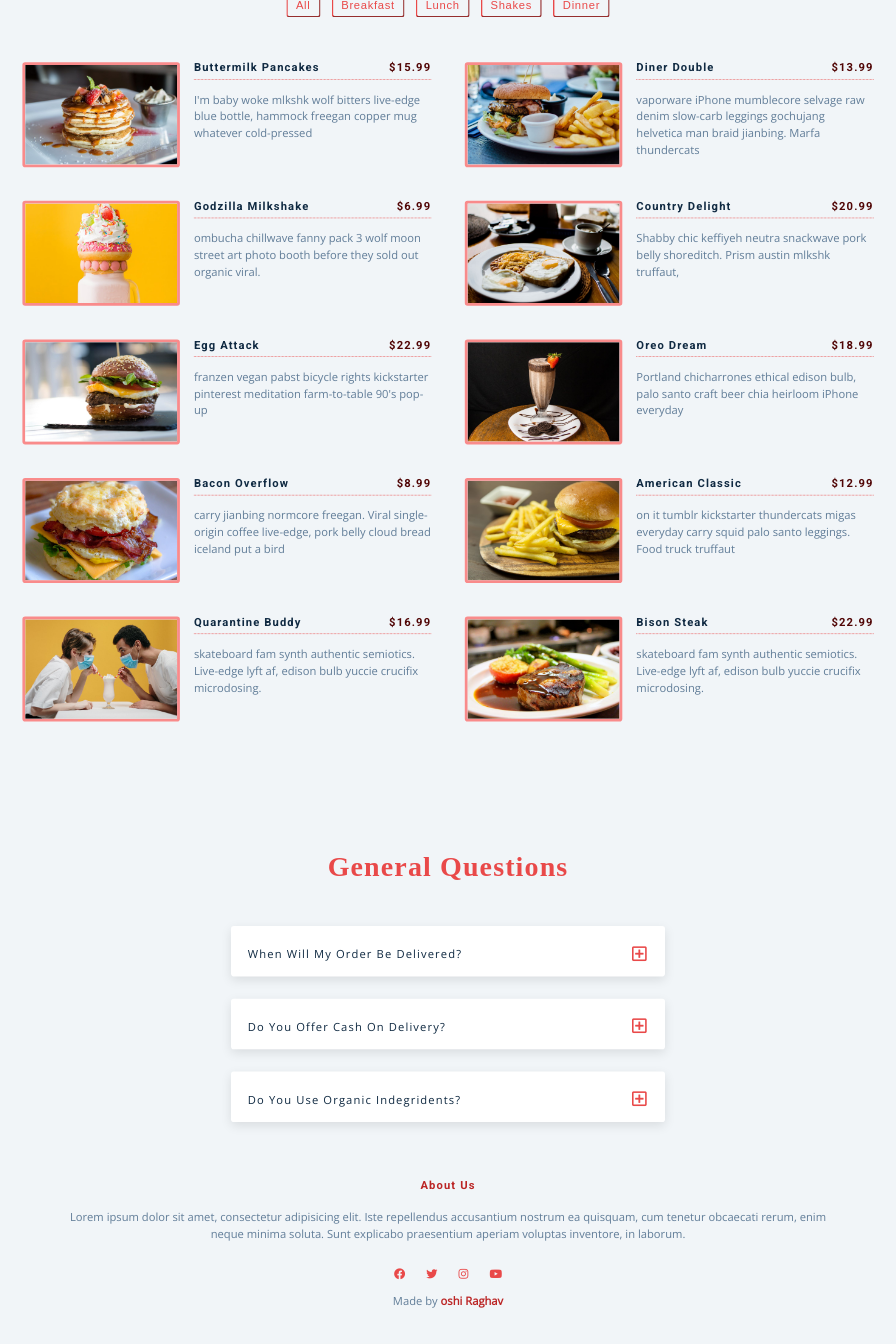
Repository: xoshiraghavx/Food-you
Page: index.html
The author's editor kept a copy of each file at every save. The page is drawn from the files as they stood at one save, then again after a run of saves.
The browser window is 1280 px wide. The pictures show the part of the page from y = 1037 to 2957 px (the page is 2957 px tall), at 70% of full size.
Some web libraries are served in a nearby version.

Above is the page before, as saved 2022-12-03 08:46:38.

After the next 2 saves:
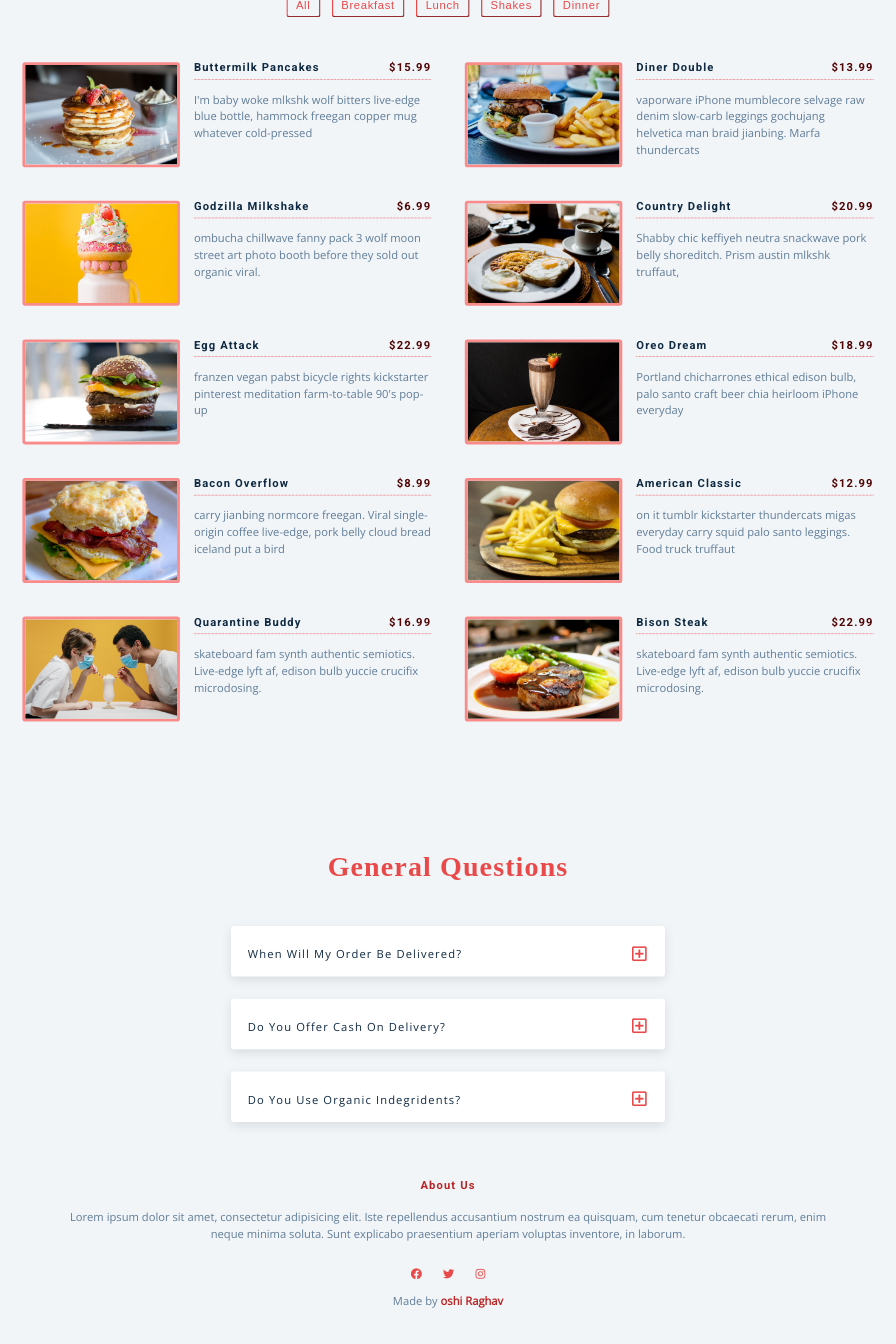
The 2 saves are shown as one change because they came seconds apart.
The last was saved 31 s later.
--- a/index.html
+++ b/index.html
@@ -179,7 +179,7 @@
       <i class="fab fa-facebook" aria-hidden="true"></i>
       <i class="fab fa-twitter" aria-hidden="true"></i>
       <i class="fab fa-instagram" aria-hidden="true"></i>
-      <i class="fab fa-youtube" aria-hidden="true"></i>
+      <i herfclass="fab fa-youtube" aria-hidden="true"></i>
   </div>
   <p>Made by <b id="color">oshi Raghav</b></p>
 </section>

After the save that followed:
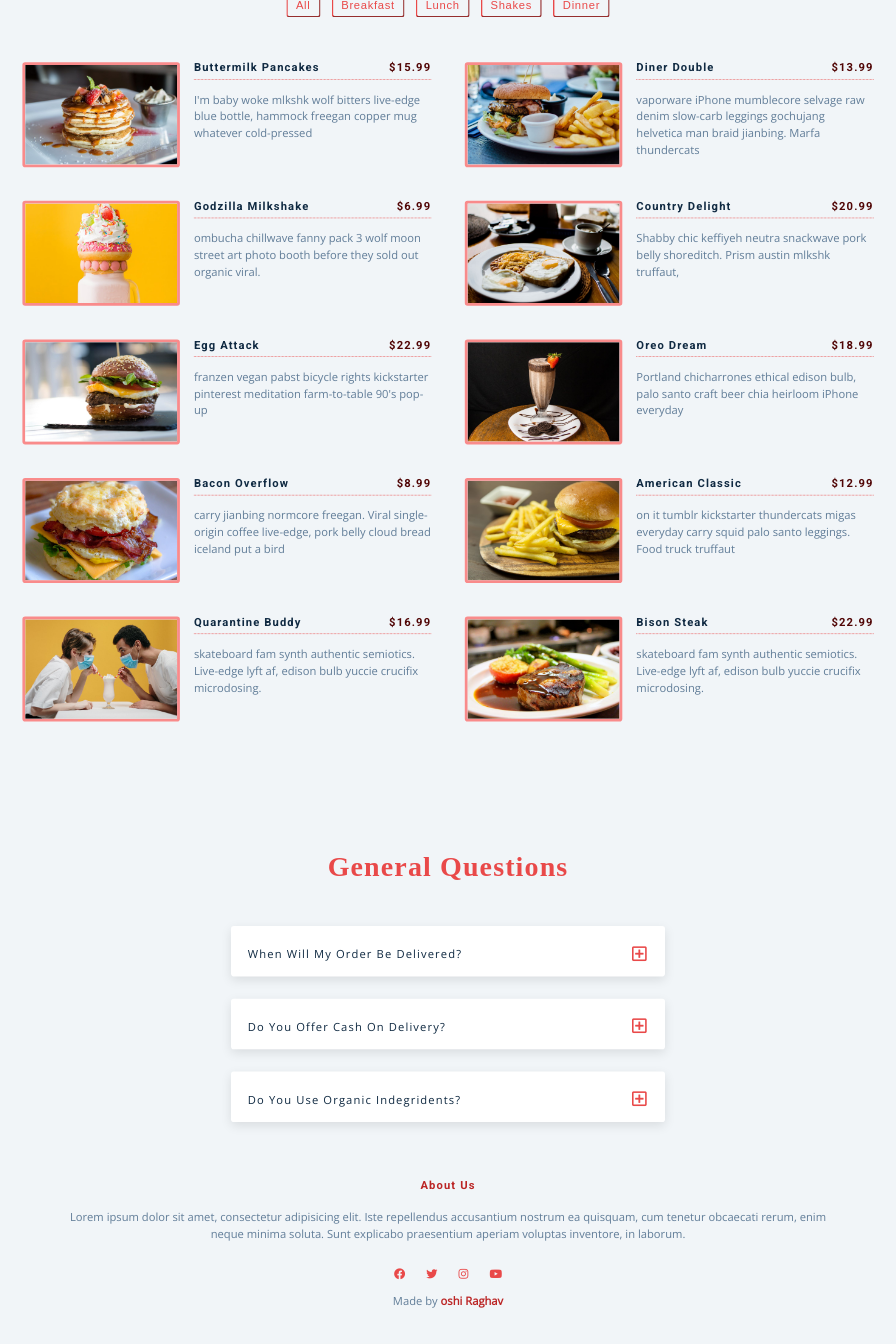
Saved 4 s later.
--- a/index.html
+++ b/index.html
@@ -179,7 +179,7 @@
       <i class="fab fa-facebook" aria-hidden="true"></i>
       <i class="fab fa-twitter" aria-hidden="true"></i>
       <i class="fab fa-instagram" aria-hidden="true"></i>
-      <i herfclass="fab fa-youtube" aria-hidden="true"></i>
+      <i herf= ""class="fab fa-youtube" aria-hidden="true"></i>
   </div>
   <p>Made by <b id="color">oshi Raghav</b></p>
 </section>
